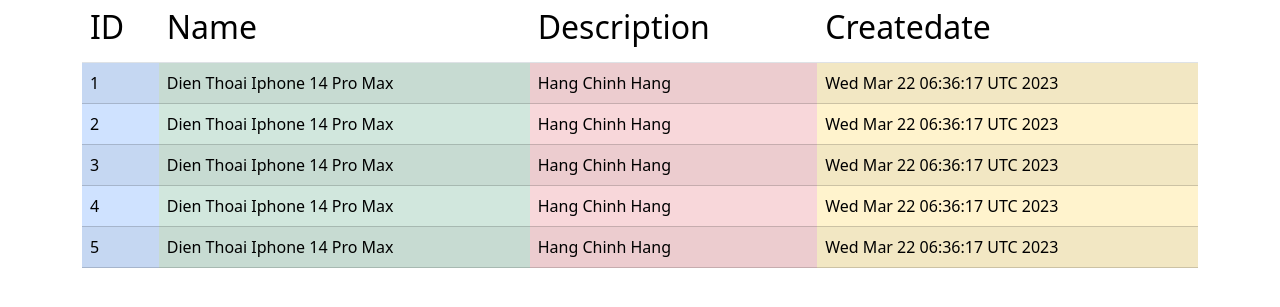
Repository: saiyagodvp/_java4
Page: http://localhost/slide4/product
An editor plug-in stored every save of this project. The page is shown before and after the next save, followed by the edit.
The browser window is 1280 px wide. The pictures show the whole page.
The page is served by Tomcat 9. Other server files are loaded and not shown.

Above is the page before, as saved 2023-03-24 11:00:07.

### slide4/src/main/webapp/product/list.jsp
<%@page import="org.apache.jasper.tagplugins.jstl.core.ForEach"%>
<%@ page language="java" contentType="text/html; charset=UTF-8"
	pageEncoding="UTF-8"%>

<%@page import="java.util.List"%>
<%@page import="model.Product "%>
<%@taglib uri="http://java.sun.com/jsp/jstl/core" prefix="c"%>
<!DOCTYPE html>
<html>
<head>
<link
	href="https://cdn.jsdelivr.net/npm/bootstrap@5.3.0-alpha1/dist/css/bootstrap.min.css"
	rel="stylesheet">
<script
	src="https://cdn.jsdelivr.net/npm/bootstrap@5.3.0-alpha1/dist/js/bootstrap.bundle.min.js"></script>

<script
	src="https://cdnjs.cloudflare.com/ajax/libs/angular.js/1.8.3/angular.min.js"
	integrity="sha512-KZmyTq3PLx9EZl0RHShHQuXtrvdJ+m35tuOiwlcZfs/rE7NZv29ygNA8SFCkMXTnYZQK2OX0Gm2qKGfvWEtRXA=="
	crossorigin="anonymous" referrerpolicy="no-referrer">

</script>
<script
	src="https://cdnjs.cloudflare.com/ajax/libs/angular.js/1.8.3/angular.min.js"
	integrity="sha512-KZmyTq3PLx9EZl0RHShHQuXtrvdJ+m35tuOiwlcZfs/rE7NZv29ygNA8SFCkMXTnYZQK2OX0Gm2qKGfvWEtRXA=="
	crossorigin="anonymous" referrerpolicy="no-referrer">

</script>
<meta charset="UTF-8">
<title>Insert title here</title>
</head>
<body align="center">
	<%-- <%
		List<Product> products = (List<Product>) request.getAttribute("listproducts");
		for (Product p : products){
			response.getWriter().print(p.getName());
		}
	%> --%>

	<!-- &nbsp -->

	<div class="container">
		<table class="table table-hover  table-striped ">
			<thead>
				<td><h2>ID</h2></td>
				<td><h2>Name</h2></td>
				<td><h2>Description</h2></td>
				<td><h2>Createdate</h2></td>
			</thead>
			<tbody>
				<c:forEach items="${listProducts}" var="p">
					<tr>
						<td class="table-primary">${p.id}</td>
						<td class="table-success">${p.name}</td>
						<td class="table-danger">${p.description}</td>
						<td class="table-warning">${p.createdate}</td>
					</tr>
				</c:forEach>
			</tbody>
		</table>
	</div>
</body>
</html>

### slide4/src/main/java/controller/ProductController.java
package controller;

import java.io.IOException;
import java.util.ArrayList;
import java.util.Date;
import java.util.List;
import model.Product;
import javax.servlet.ServletException;
import javax.servlet.annotation.WebServlet;
import javax.servlet.http.HttpServlet;
import javax.servlet.http.HttpServletRequest;
import javax.servlet.http.HttpServletResponse;


@WebServlet("/product")
public class ProductController extends HttpServlet {
	private static final long serialVersionUID = 1L;

	public ProductController() {
		super();
		// TODO Auto-generated constructor stub
	}

	protected void doGet(HttpServletRequest request, HttpServletResponse response)
			throws ServletException, IOException {
		List<Product> p = new ArrayList<>();
		p.add(new Product(1, "Dien Thoai Iphone 14 Pro Max", "Hang Chinh Hang", new Date()));
		p.add(new Product(2, "Dien Thoai Iphone 14 Pro Max", "Hang Chinh Hang", new Date()));
		p.add(new Product(3, "Dien Thoai Iphone 14 Pro Max", "Hang Chinh Hang", new Date()));
		p.add(new Product(4, "Dien Thoai Iphone 14 Pro Max", "Hang Chinh Hang", new Date()));
		p.add(new Product(5, "Dien Thoai Iphone 14 Pro Max", "Hang Chinh Hang", new Date()));
		request.setAttribute("listProducts", p);
		request.getRequestDispatcher("/product/list.jsp").forward(request, response);
	}

	protected void doPost(HttpServletRequest request, HttpServletResponse response)
			throws ServletException, IOException {

	}

}

### slide4/src/main/java/model/Product.java
package model;

import java.util.Date;

public class Product {
	private int id;
	private String name;
	private String description;
	private Date createdate;

	public Product() {
		super();
	}

	public Product(int id, String name, String description, Date createdate) {
		super();
		this.id = id;
		this.name = name;
		this.description = description;
		this.createdate = createdate;
	}

	public int getId() {
		return id;
	}

	public void setId(int id) {
		this.id = id;
	}

	public String getName() {
		return name;
	}

	public void setName(String name) {
		this.name = name;
	}

	public String getDescription() {
		return description;
	}

	public void setDescription(String description) {
		this.description = description;
	}

	public Date getCreatedate() {
		return createdate;
	}

	public void setCreatedate(Date createdate) {
		this.createdate = createdate;
	}

}

After the next save:
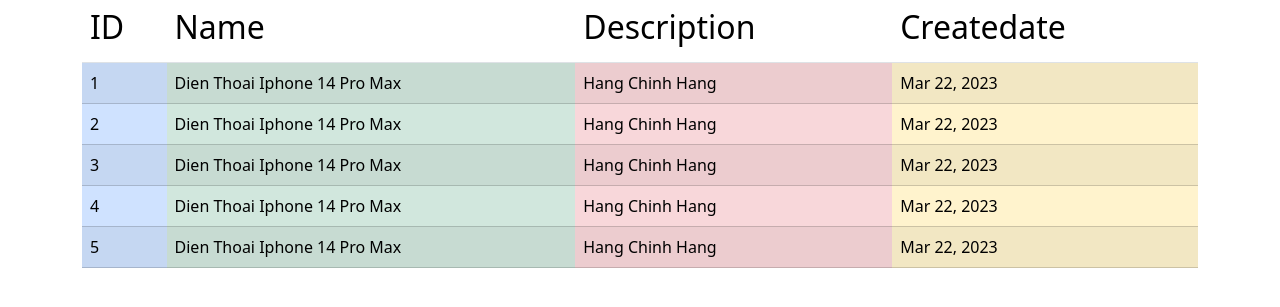
Saved 9 min 7 s later.
--- a/slide4/src/main/webapp/product/list.jsp
+++ b/slide4/src/main/webapp/product/list.jsp
@@ -5,6 +5,7 @@
 <%@page import="java.util.List"%>
 <%@page import="model.Product "%>
 <%@taglib uri="http://java.sun.com/jsp/jstl/core" prefix="c"%>
+<%@taglib uri="http://java.sun.com/jsp/jstl/fmt" prefix="fmt"%>
 <!DOCTYPE html>
 <html>
 <head>
@@ -53,7 +54,9 @@
 						<td class="table-primary">${p.id}</td>
 						<td class="table-success">${p.name}</td>
 						<td class="table-danger">${p.description}</td>
-						<td class="table-warning">${p.createdate}</td>
+						<td class="table-warning">
+						<fmt:formatDate value="${p.createdate}" />
+						</td>
 					</tr>
 				</c:forEach>
 			</tbody>
